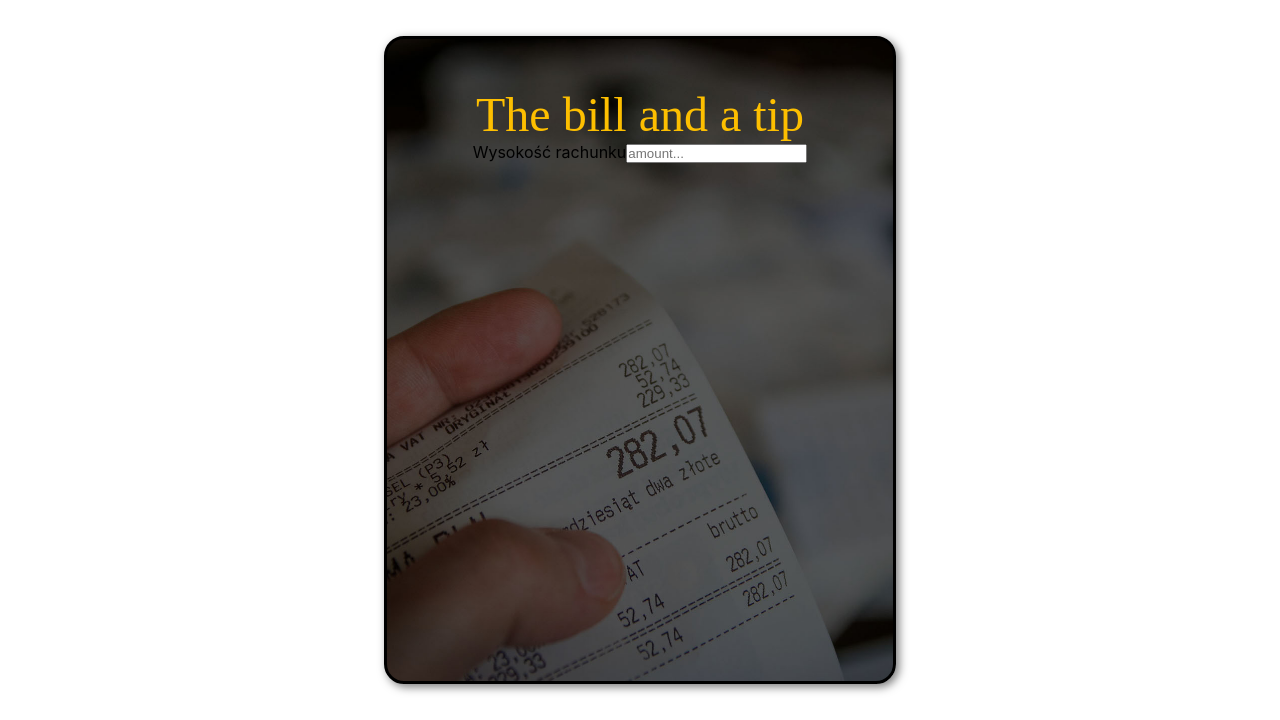
Repository: KrzysKolo/sr_tydzien4_zad1
Page: /
The author's editor kept a copy of each file at every save. The page is drawn from the files as they stood at one save, then again after the next save.
The browser window is 1280 px wide. The pictures show the whole page.
Some web fonts or font styles are not loaded; a fallback is used. The project was rebuilt for these pictures with package versions that can differ from the ones it lists, and the page was loaded fresh each time.

Above is the page before, as saved 2020-11-06 10:26:11.

### public/index.html
<!DOCTYPE html>
<html lang="en">
  <head>
    <meta charset="utf-8" />
    <link rel="icon" href="%PUBLIC_URL%/favicon.ico" />
    <meta name="viewport" content="width=device-width, initial-scale=1" />
    <meta name="theme-color" content="#000000" />
    <meta
      name="description"
      content="Web site created using create-react-app"
    />
    <link rel="apple-touch-icon" href="%PUBLIC_URL%/logo192.png" />
    <!--
      manifest.json provides metadata used when your web app is installed on a
      user's mobile device or desktop. See https://developers.google.com/web/fundamentals/web-app-manifest/
    -->
    <link rel="manifest" href="%PUBLIC_URL%/manifest.json" />
    <!--
      Notice the use of %PUBLIC_URL% in the tags above.
      It will be replaced with the URL of the `public` folder during the build.
      Only files inside the `public` folder can be referenced from the HTML.

      Unlike "/favicon.ico" or "favicon.ico", "%PUBLIC_URL%/favicon.ico" will
      work correctly both with client-side routing and a non-root public URL.
      Learn how to configure a non-root public URL by running `npm run build`.
    -->
    <link href="https://fonts.googleapis.com/css2?family=Calligraffitti&family=Shadows+Into+Light+Two&family=Skranji&display=swap" rel="stylesheet">
    <title>Bill and tip</title>
  </head>
  <body>
    <noscript>You need to enable JavaScript to run this app.</noscript>
    <div id="root"></div>
    <!--
      This HTML file is a template.
      If you open it directly in the browser, you will see an empty page.

      You can add webfonts, meta tags, or analytics to this file.
      The build step will place the bundled scripts into the <body> tag.

      To begin the development, run `npm start` or `yarn start`.
      To create a production bundle, use `npm run build` or `yarn build`.
    -->
  </body>
</html>

### src/App.js
import './App.css';
import BillCard from './components/BillCard';
const App = () => {
  return (
    <div>
      <BillCard/>
    </div>
   );
}

export default App;

### src/components/BillCard.js
import React, { Component } from 'react';
import HeaderCard from './HeaderCard';
import SectionCard from './SectionCard';
import './BillCard.css';
class BillCard extends Component {
    state = {  }
    render() {
        return (
            <div className="billCard__wrapper">
                <HeaderCard/>
                <SectionCard />
            </div>
         );
    }
}

export default BillCard;

### src/components/HeaderCard.js
import React from 'react';
const HeaderCard = () => {
    return (
        <div className="billCard__header">
            The bill and a tip
        </div>
     );
}

export default HeaderCard;

### src/components/SectionCard.js
import React, { Component } from 'react';
class SectionCard extends Component {
    state = {  }
    render() {
        return (
            <section>
                <form>
                    <label for="form__input-amount">Wysokość rachunku</label>
                    <input id="form__input-amount" name="amount" placeholder="amount..." />
                </form>
            </section>
         );
    }
}

export default SectionCard;

### src/components/BillCard.css
.billCard__wrapper {
  width: 40vw;
  height: 90vh;
  background: url("./../image/bill.jpg");
  background-size: cover;
  border: 3px solid black;
  border-radius: 20px;
  box-shadow: 3px 3px 10px #7a7a7a;
  display: flex;
  flex-direction: column;
  align-items: center;
  margin: 5vh auto;
}
.billCard__header {
  font-family: "Skranji", cursive;
  font-size: 3rem;
  color: rgb(253, 191, 0);
  margin-top: 3rem;
}

Loaded but not shown: src/index.js (common file); src/index.css (common file); src/App.css (common file)

After the next save:
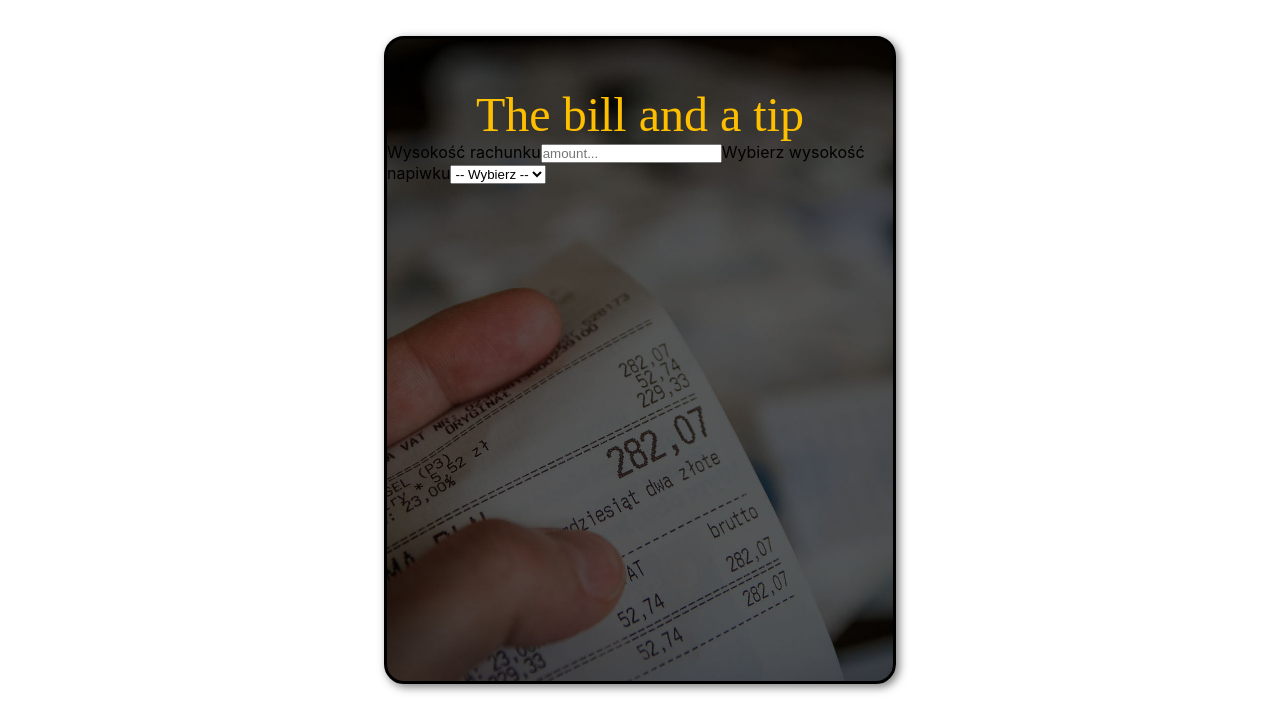
Saved 4 min 51 s later.
--- a/src/components/SectionCard.js
+++ b/src/components/SectionCard.js
@@ -6,7 +6,15 @@ class SectionCard extends Component {
             <section>
                 <form>
                     <label for="form__input-amount">Wysokość rachunku</label>
-                    <input id="form__input-amount" name="amount" placeholder="amount..." />
+                    <input type="text" id="form__input-amount" name="amount" placeholder="amount..." />
+                    <label for="form__select">Wybierz wysokość napiwku</label>
+                    <select name="tip" id="cars">
+                        <option value="">-- Wybierz --</option>
+                        <option value="5">5%</option>
+                        <option value="10">10%</option>
+                        <option value="15">15%</option>
+                        <option value="20">20%</option>
+                    </select>
                 </form>
             </section>
          );
